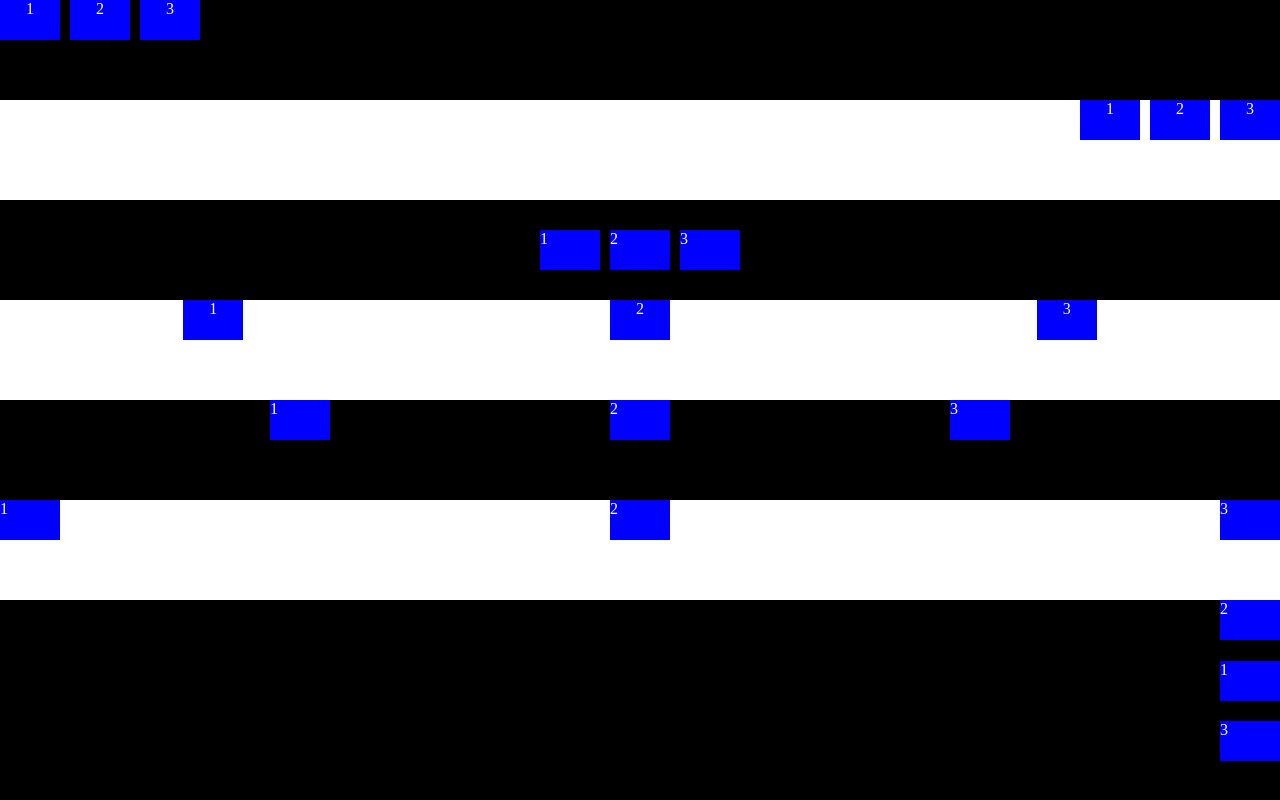
Repository: Elesion08/flexbox
Page: index.html
An editor plug-in stored every save of this project. The page is shown before and after the next save, followed by the edit.
The browser window is 1280 px wide. The pictures show the whole page.

Above is the page before, as saved 2025-04-15 09:21:31.

### index.html
<!DOCTYPE html>
<html lang="pt-br">
<head>
    <meta charset="UTF-8">
    <meta name="viewport" content="width=device-width, initial-scale=1.0">
    <title>Flexbox - AULA 04</title>
    <link rel="stylesheet" href="style.css">
</head>
<body>
    <div class="container">
        <div class="container__card1">
            <div class="box1">1</div>
            <div class="box1">2</div>
            <div class="box1">3</div>
        </div>
        <div class="container__card2">
            <div class="box2">1</div>
            <div class="box2">2</div>
            <div class="box2">3</div>
        </div>
        <div class="container__card3">
            <div class="box3">1</div>
            <div class="box3">2</div>
            <div class="box3">3</div>
        </div>
        <div class="container__card4">
            <div class="box4">1</div>
            <div class="box4">2</div>
            <div class="box4">3</div>
        </div>
        <div class="container__card5">
            <div class="box5">1</div>
            <div class="box5">2</div>
            <div class="box5">3</div>
        </div>
        <div class="container__card6">
            <div class="box6">1</div>
            <div class="box6">2</div>
            <div class="box6">3</div>
        </div>
        <div class="container__card7">
            <div class="box7">2</div>
            <div class="box7">1</div>
            <div class="box7">3</div>
            <
        </div>

    </div>
</body>
</html>

### style.css
/* configuração reset global da pagina */
* {
    margin: 0;
    padding: 0;
    height: 100vh;
    width: 100%;
    box-sizing: border-box;
  }

  .container__card1 {
    /* deixa os itens e suas posições flexiveis */
    display: flex;
    /* cor de fundo */
    background-color: black;
    /* distância entre os elementos filhos */
    gap: 10px;
    /* altura do elemento */
    height: 100px;
  }

  .box1 {
    /*  alinha o texto horizontalmente */
    text-align: center;
    /* cor da fonte */
    color: white;
    /* cor de fundo */
    background-color: blue;
    /* altura */
    height: 40px;
    /* largura */
    width: 60px;
  }

  .container__card2 {
    /* deixa os itens e suas posições flexiveis */
    display: flex;
    /* cor de fundo */
    background-color: white;
    /* altura */
    height: 100px;
    /* alinha os elementos no final da pagina */
    justify-content: flex-end;
    /* distancia entre os elementos filhos */
    gap: 10px;
  }

  .box2 {
    /* deixa os itens e suas posições flexiveis */
    display: flex;
    /* centraliza os elementos horizontalmente */
    justify-content: center;
    /* cor da fonte */
    color: white;
    /* cor de fundo */
    background-color: blue;
    /* largura */
    height: 40px;
    /* altura */
    width: 60px;
  }

  .container__card3 {
    /* alinha os elementos filhos verticalmente */
    align-items: center;
    /* deixa os itens e suas posições flexiveis */
    display: flex;
    /* centraliza os elementos filhos horizontalmente */
    justify-content: center;
    /* cor de fundo */
    background-color: black;
    /* distância entre os elementos filhos */
    gap: 10px;
    /* altura do elemento */
    height: 100px;
  }

  .box3 {
    /* cor da fonte */
    color: white;
    /* cor de fundo */
    background-color: blue;
    /* altura */
    height: 40px;
    /* largura */
    width: 60px;
  }

  .container__card4 {
    /* deixa os itens e suas posições flexiveis */
    display: flex;
    /* espalha os elementos filho horizontalmente */
    justify-content: space-around;
    /* cor de fundo */
    background-color: white;
    /* altura */
    height: 100px;
    /* alinha os elementos no final da pagina */
  }

  .box4 {
    /* deixa os itens e suas posições flexiveis */
    display: flex;
    /* centraliza os elementos horizontalmente */
    justify-content: center;
    /* cor da fonte */
    color: white;
    /* cor de fundo */
    background-color: blue;
    /* largura */
    height: 40px;
    /* altura */
    width: 60px;
  }

  .container__card5 {
    /* deixa os itens e suas posições flexiveis */
    display: flex;
    /* espalha os elementos filho horizontalmente de forma igualitaria */
    justify-content: space-evenly;
    /* centraliza os elementos filhos verticalmente */
    background-color: black;
    /* distância entre os elementos filhos */
    gap: 10px;
    /* altura do elemento */
    height: 100px;
  }

  .box5 {
    /* cor da fonte */
    color: white;
    /* cor de fundo */
    background-color: blue;
    /* altura */
    height: 40px;
    /* largura */
    width: 60px;
  }

  .container__card6 {
      /* deixa os itens e suas posições flexiveis */
      display: flex;
      /* espalha os elementos filho horizontalmente */
      justify-content: space-between;
      /* cor de fundo */
      background-color: white;
      /* altura */
      height: 100px;
      /* alinha os elementos no final da pagina */
    }

    .box6 {
      color: white;
      /* cor de fundo */
      background-color: blue;
      /* largura */
      height: 40px;
      /* altura */
      width: 60px;
    }

    .container__card7 {
        /* deixa os itens e suas posições flexiveis */
        display: flex;
        /* Muda a direção de alinhamento dos itens para culuna */
        flex-direction: column;
        /* espalha os elementos filho verticalmente (por causa do flex-direction) */
        justify-content: space-between;
        /* espalha os elementos filhos para o canto direito (por causa do flex-direction)*/
        align-items: flex-end;
        /* Cor de fundo */
        background-color: black;
        /* distância entre os elementos filhos */
        gap: 10px;
        /* altura do elemento */
        height: 200px;
      }

      .box7 {
        /* cor da fonte */
        color: white;
        /* cor de fundo */
        background-color: blue;
        /* altura */
        height: 40px;
        /* largura */
        width: 60px;
      }

After the next save:
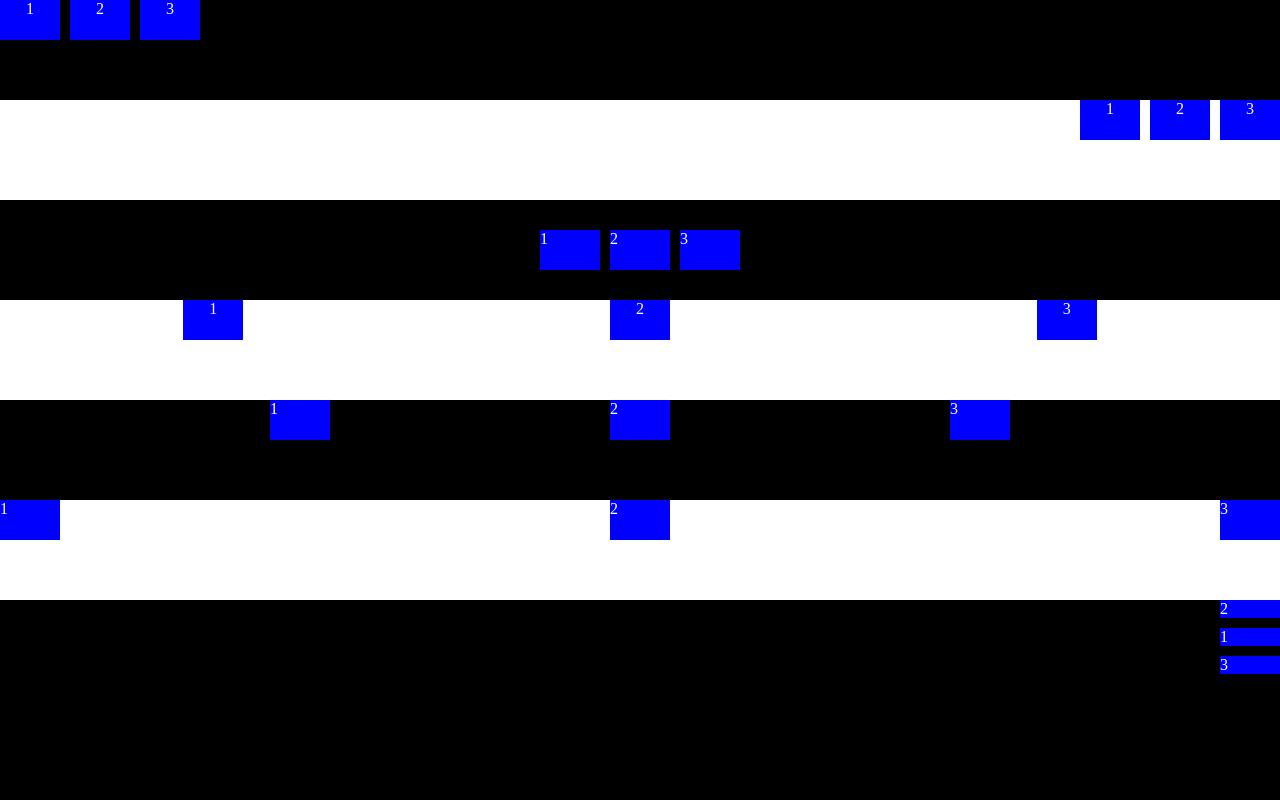
Saved 4 s later.
--- a/index.html
+++ b/index.html
@@ -42,7 +42,7 @@
             <div class="box7">2</div>
             <div class="box7">1</div>
             <div class="box7">3</div>
-            <
+            <div></div>
         </div>
 
     </div>
